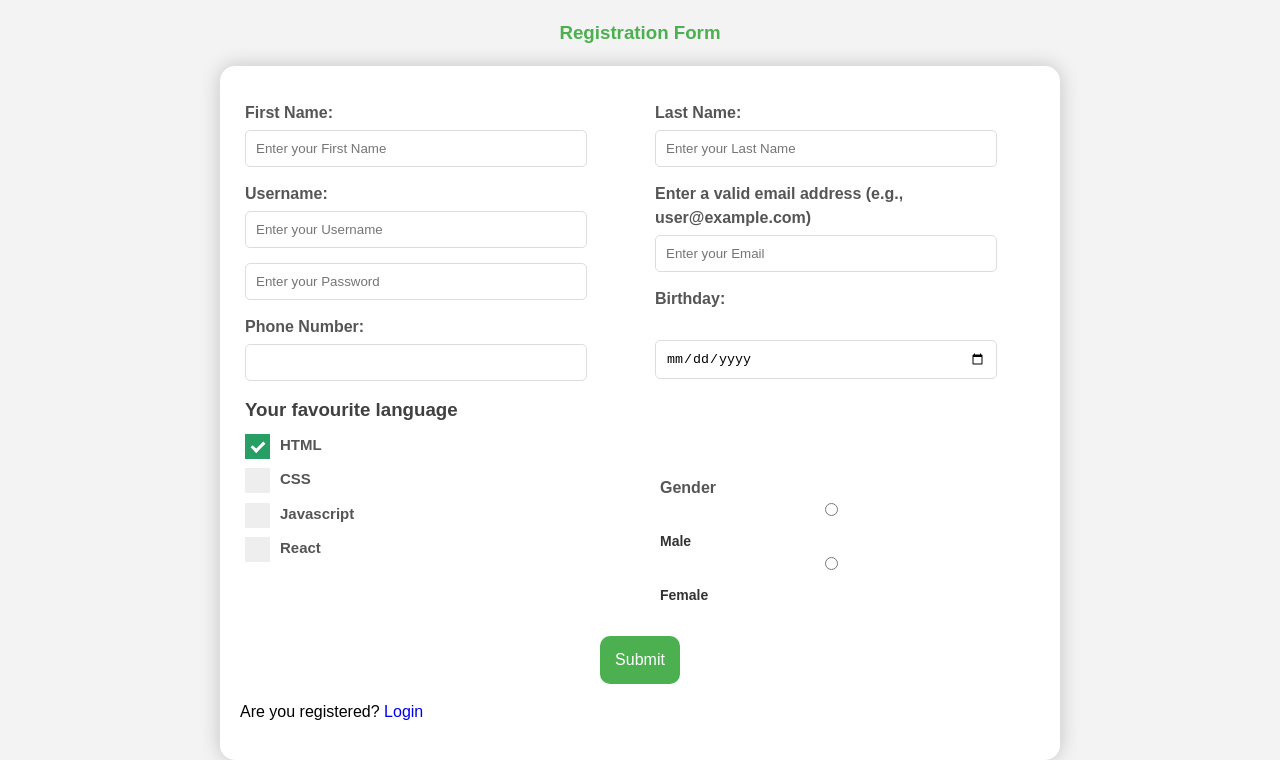
Repository: alizey12/Regestratin-Form-js
Page: regester.html
An editor plug-in stored every save of this project. The page is shown before and after the next save, followed by the edit.
The browser window is 1280 px wide. The pictures show the whole page.

Above is the page before, as saved 2024-11-29 19:10:22.

### regester.html
<!DOCTYPE html>
<html lang="en">
<head>
    <meta charset="UTF-8">
    <meta name="viewport" content="width=device-width, initial-scale=1.0">
    <link rel="stylesheet" href="regester.css">
    <title>Registration Form</title>
</head>
<body>
    <h3>Registration Form</h3>
    <div class="main">
        <form action="">
            <div class="grid-container">
                <div>
                    <label for="first">First Name:</label>
                    <input type="text" id="first" name="first" placeholder="Enter your First Name" required>

                    <label for="username">Username:</label>
                    <input type="text" id="username" name="username" placeholder="Enter your Username" required>

                    <label for="password"> </label>
                    <input type="password" id="password" name="password" placeholder="Enter your Password" required>

                    <label for="quantity">Phone Number:</label>
                    <input type="number" id="quantity" name="quantity" min="1" max="15">

                    <h3 class="heading">Your favourite language</h3>
                    <label class="container">HTML
                        <input type="checkbox" checked="checked">
                        <span class="checkmark"></span>
                      </label>

                      <label class="container">CSS
                        <input type="checkbox">
                        <span class="checkmark"></span>
                      </label>

                      <label class="container">Javascript
                        <input type="checkbox">
                        <span class="checkmark"></span>
                      </label>

                      <label class="container">React
                        <input type="checkbox">
                        <span class="checkmark"></span>
                      </label>


                </div>
                <div>
                    <label for="second">Last Name:</label>
                    <input type="text" id="second" name="second" placeholder="Enter your Last Name" required>

                    <label for="email">Enter a valid email address (e.g., user@example.com)</label>
                    <input type="email" id="email" name="email" placeholder="Enter your Email"  pattern="^[a-zA-Z0-9._%+-]+@[a-zA-Z0-9.-]+\.[a-zA-Z]{2,}$"
                   required>

                    <label for="birthday">Birthday:</label>
                    <br>
                    <input type="date" id="birthday" name="birthday">
                    <div class="gen-rad">
                        <p>Gender</p>
                        <input type="radio" id="male" name="gender" value="male">
                        <label for="male">Male</label>
                        <input type="radio" id="female" name="gender" value="female">
                        <label for="female">Female</label>
                    </div>


                </div>
            </div>
            <div class="wrap">
                <button type="submit">Submit</button>
            </div>
        </form>
        <p>Are you registered?
            <a href="signin.html" style="text-decoration: none;">Login</a>
        </p>
    </div>
</body>
</html>

### regester.css
body {
    display: flex;
    align-items: center;
    justify-content: center;
    font-family: sans-serif;
    line-height: 1.5;
    min-height: 100vh;
    background: #f3f3f3;
    flex-direction: column;
    margin: 0;
}

.main {
    background-color: #fff;
    border-radius: 15px;
    box-shadow: 0 0 20px rgba(0, 0, 0, 0.2);
    padding: 20px;
    transition: transform 0.2s;
    width: 800px;
}

h3 {
    color: #4CAF50;
    text-align: center;
}

label {
    display: block;
    margin-top: 10px;
    margin-bottom: 5px;
    text-align: left;
    color: #555;
    font-weight: bold;
}

input {
    display: block;
    width: 90%;
    margin-bottom: 15px;
    padding: 10px;
    box-sizing: border-box;
    border: 1px solid #ddd;
    border-radius: 5px;
}

button {
    padding: 15px;
    border-radius: 10px;
    margin-top: 15px;
    border: none;
    color: white;
    cursor: pointer;
    background-color: #4CAF50;
    font-size: 16px;
}

.wrap {
    display: flex;
    justify-content: center;
    align-items: center;
}

.grid-container {
    display: grid;

    grid-template-columns: 1fr 1fr;
    gap: 20px;
}

.grid-container div {
    padding: 5px;
}


/* Customize the label (the container) */
.container {
    display: block;
    position: relative;
    padding-left: 35px;
    margin-bottom: 12px;
    cursor: pointer;
    font-size: 15px;
    -webkit-user-select: none;
    -moz-user-select: none;
    -ms-user-select: none;
    user-select: none;
  }
  .gen-rad{
    margin-top: 20%;
  }
  /* Hide the browser's default checkbox */
  .container input {
    position: absolute;
    opacity: 0;
    cursor: pointer;
    height: 0;
    width: 0;
  }
  .heading{
    color: rgb(65, 63, 63);
    display: contents;
  padding: 5px;
  }
  /* Create a custom checkbox */
  .checkmark {
    position: absolute;
    top: 0;
    left: 0;
    height: 25px;
    width: 25px;
    background-color: #eee;
  }

  /* On mouse-over, add a grey background color */
  .container:hover input ~ .checkmark {
    background-color: #ccc;
  }

  /* When the checkbox is checked, add a blue background */
  .container input:checked ~ .checkmark {
    background-color: #279e63;
  }

  /* Create the checkmark/indicator (hidden when not checked) */
  .checkmark:after {
    content: "";
    position: absolute;
    display: none;
  }

  /* Show the checkmark when checked */
  .container input:checked ~ .checkmark:after {
    display: block;
  }

  /* Style the checkmark/indicator */
  .container .checkmark:after {
    left: 9px;
    top: 5px;
    width: 5px;
    height: 10px;
    border: solid white;
    border-width: 0 3px 3px 0;
    -webkit-transform: rotate(45deg);
    -ms-transform: rotate(45deg);
    transform: rotate(45deg);
  }


.gen-rad p {
    margin-bottom: 1px;
    font-weight: bold;
    color: #555;
}


.gen-rad label {

    font-size: 14px;
    color: #333;
}

After the next save:
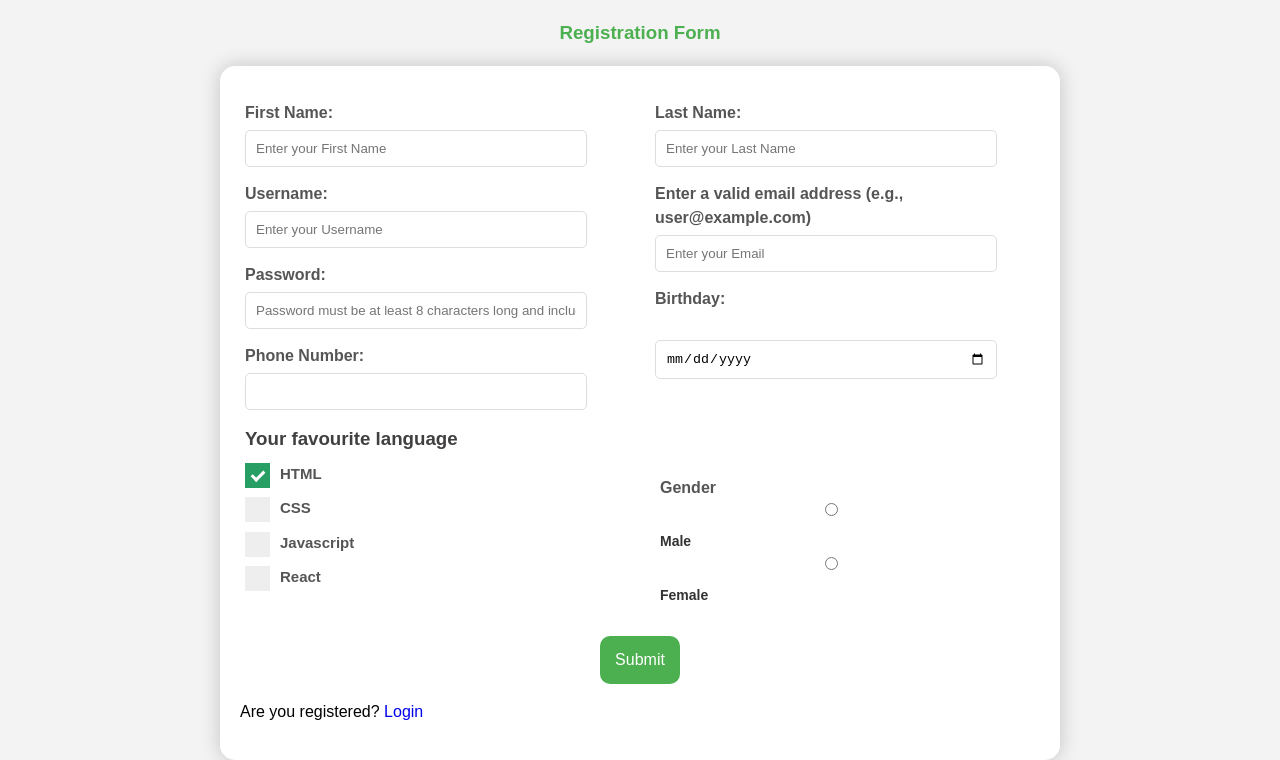
Saved 54 s later.
--- a/regester.html
+++ b/regester.html
@@ -18,8 +18,13 @@
                     <label for="username">Username:</label>
                     <input type="text" id="username" name="username" placeholder="Enter your Username" required>
 
-                    <label for="password"> </label>
-                    <input type="password" id="password" name="password" placeholder="Enter your Password" required>
+                    <label for="password">
+                        Password:
+                    </label>
+                    <input type="password" id="password" name="password"   pattern="^(?=.*[A-Za-z])(?=.*\d)[A-Za-z\d]{8,}$"
+
+
+                        placeholder="Password must be at least 8 characters long and include at least one letter and one number.">
 
                     <label for="quantity">Phone Number:</label>
                     <input type="number" id="quantity" name="quantity" min="1" max="15">
